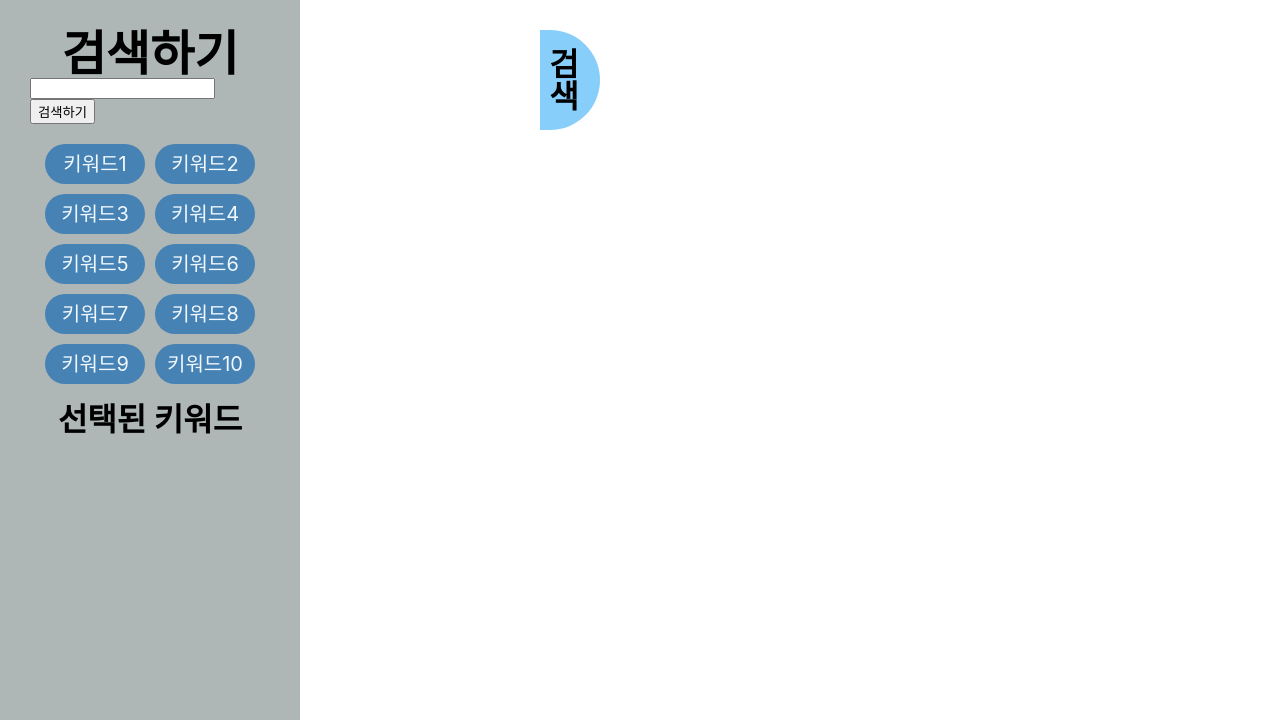
Repository: sunoo-lee/Star-Explore
Page: /
An editor plug-in stored every save of this project. The page is shown before and after the next save, followed by the edit.
The browser window is 1280 px wide. The pictures show the whole page.
The project was rebuilt for these pictures with package versions that can differ from the ones it lists, and the page was loaded fresh each time.

Above is the page before, as saved 2022-10-14 04:51:47.

After the next save:
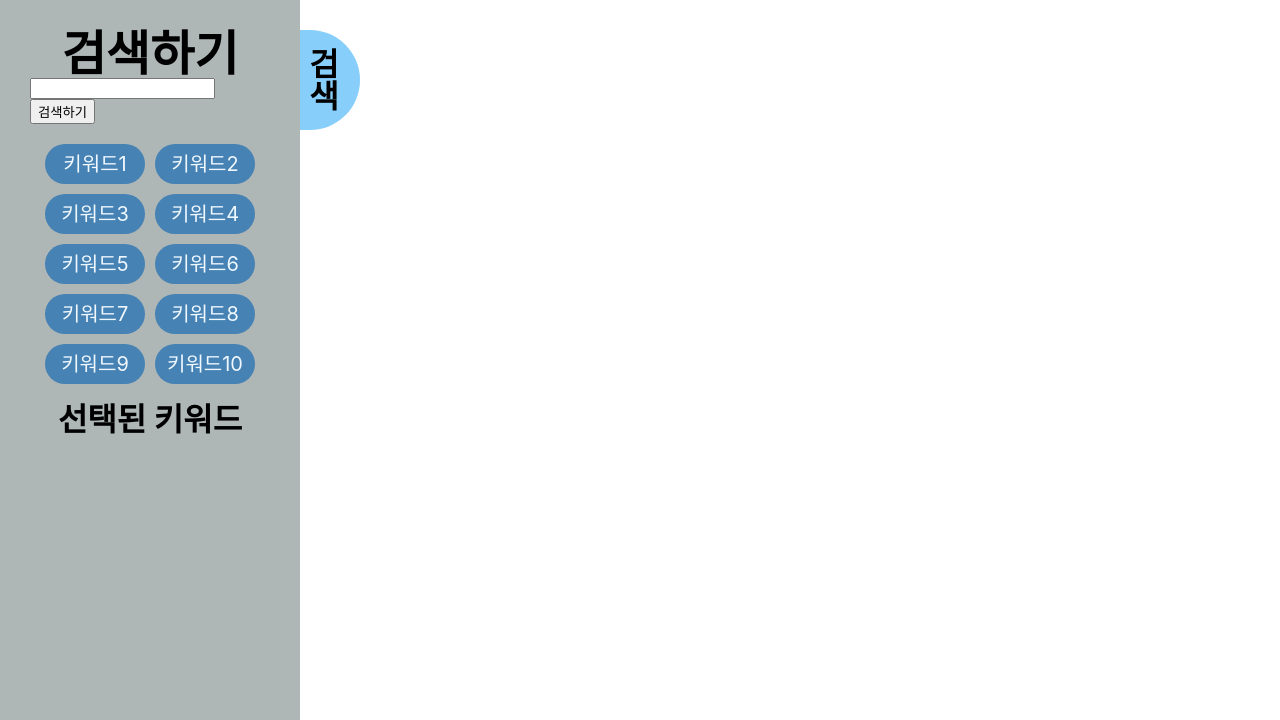
Saved 5 s later.
--- a/src/Style.css
+++ b/src/Style.css
@@ -71,7 +71,7 @@ h2 {
 }
 .nav .nav_toggle {
   position: absolute;
-  right: -100%;
+  right: -60px;
   width: 60px;
   height: 100px;
   font-size: 2rem;
